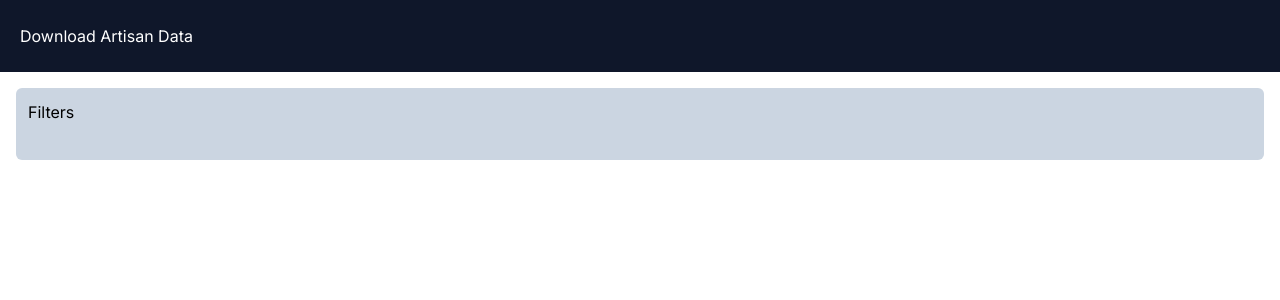
Repository: marcusdashe/artisanindex_frontend
Page: /components/DownloadDataScreen
These files come from the project's save history. The page is drawn as it stood at one moment and after the next save; the edit follows.
The browser window is 1280 px wide. The pictures show the whole page.
The project was rebuilt for these pictures with package versions that can differ from the ones it lists, and the page was loaded fresh each time. The framework's server and built-in components were replaced by stand-ins that run in the browser. Also part of the build but not shown: next.config.js.

Above is the page before, as saved 2023-03-07 13:08:36.

### pages/_document.js
import { Html, Head, Main, NextScript } from "next/document";

export default function Document() {
  return (
    <Html lang="en">
      <Head>
        <link rel="preconnect" href="https://fonts.googleapis.com" />
        <link
          rel="preconnect"
          href="https://fonts.gstatic.com"
          crossOrigin="true"
        />
        <link
          href="https://fonts.googleapis.com/css2?family=Inter:wght@100;200;300;400;500;600&display=swap"
          rel="stylesheet"
        />
      </Head>
      <body>
        <Main />
        <NextScript />
      </body>
    </Html>
  );
}

### pages/components/DownloadDataScreen.js
import React from "react";

function DownloadDataScreen() {
  return (
    <div className="w-full h-[100vh]">
      <div className="w-full h-[10vh] bg-slate-900 flex items-center content-center justify-start text-white p-5">
        <h1>Download Artisan Data</h1>
      </div>
      <div className="w-full h-[90vh] p-4">
        <div className="w-full rounded-md p-3 bg-slate-300 flex flex-col">
          <h4>Filters</h4>
          <div className="w-full p-3"></div>
        </div>
      </div>
    </div>
  );
}

export default DownloadDataScreen;

### styles/globals.css
@tailwind base;
@tailwind components;
@tailwind utilities;

@layer base {
  html {
    font-family: "Inter", sans-serif;
  }
}

### tailwind.config.js
/** @type {import('tailwindcss').Config} */

module.exports = {
  content: [
    "./pages/**/*.{js,ts,jsx,tsx}",
    "./components/**/*.{js,ts,jsx,tsx}",
  ],
  theme: {
    extend: {},
  },
  plugins: [],
};

Loaded but not shown: pages/_app.js (common file)

After the next save:
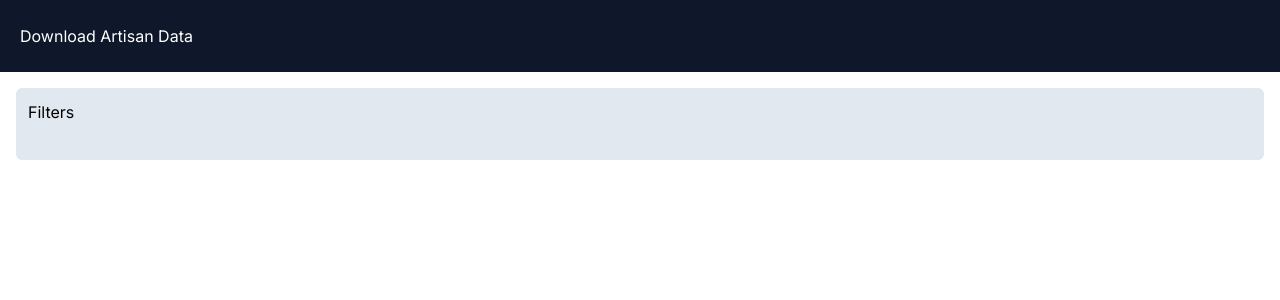
Saved 8 s later.
--- a/pages/components/DownloadDataScreen.js
+++ b/pages/components/DownloadDataScreen.js
@@ -7,7 +7,7 @@ function DownloadDataScreen() {
         <h1>Download Artisan Data</h1>
       </div>
       <div className="w-full h-[90vh] p-4">
-        <div className="w-full rounded-md p-3 bg-slate-300 flex flex-col">
+        <div className="w-full rounded-md p-3 bg-slate-200 flex flex-col">
           <h4>Filters</h4>
           <div className="w-full p-3"></div>
         </div>
